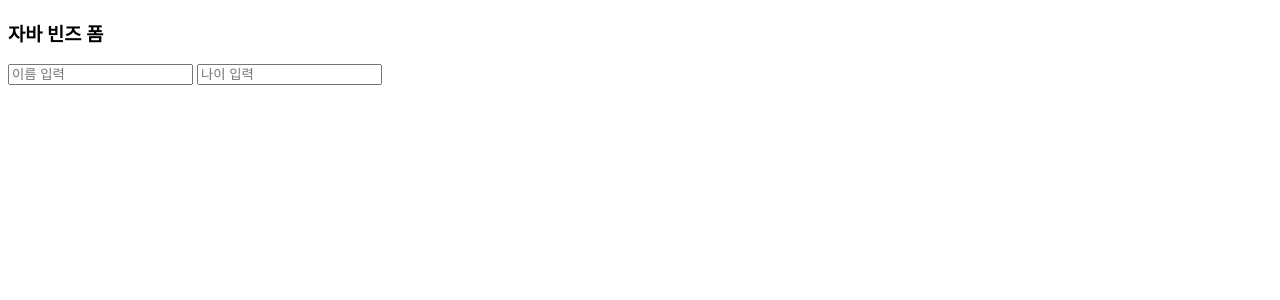
Repository: kimeuiyeob/KOPO_JSP_Study_2
Page: http://localhost/JspStudy/08Action/JavaBeansForm.jsp
The author's editor kept a copy of each file at every save. The page is drawn from the files as they stood at one save, then again after the next save.
The browser window is 1280 px wide. The pictures show the whole page.
The page is served by Tomcat 9.

Above is the page before, as saved 2023-06-21 05:59:46.

After the next save:
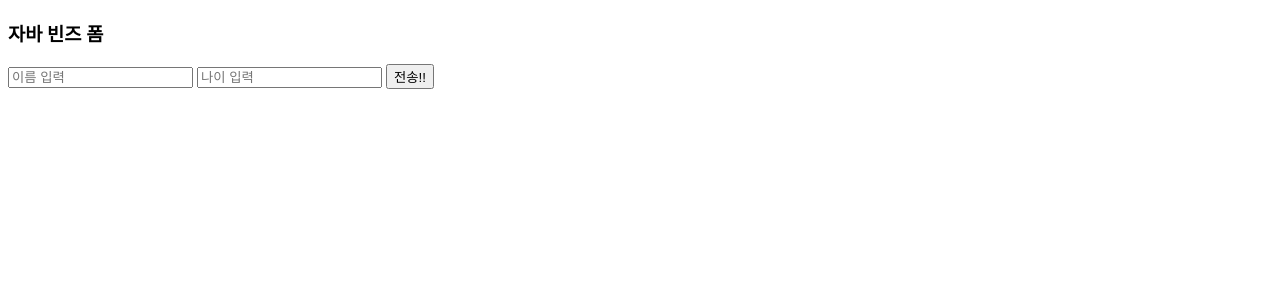
Saved 14 s later.
--- a/JspStudy/src/main/webapp/08Action/JavaBeansForm.jsp
+++ b/JspStudy/src/main/webapp/08Action/JavaBeansForm.jsp
@@ -12,6 +12,7 @@
 	<form action="" method="post">
 		<input type="text" name="name" placeholder="이름 입력">
 		<input type="text" name="age" placeholder="나이 입력">
+		<input type="submit" value="전송!!">
 	</form>
 
 </body>
